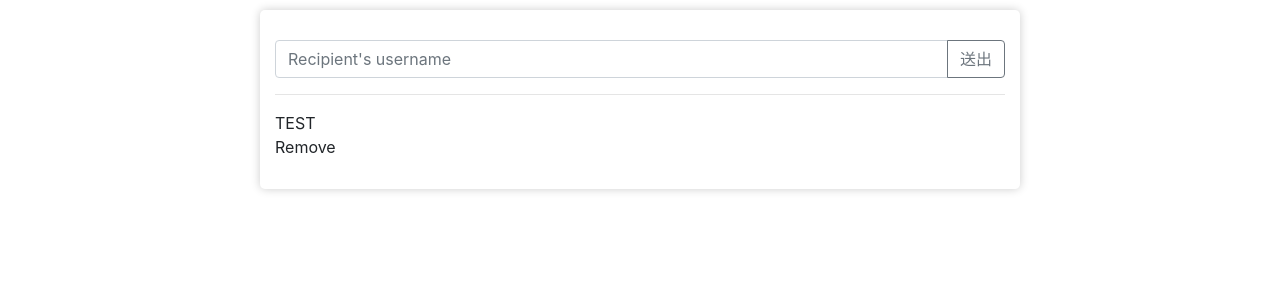
Repository: iian0910/vue3_todoList
Page: /
An editor plug-in stored every save of this project. The page is shown before and after the next save, followed by the edit.
The browser window is 1280 px wide. The pictures show the whole page.
The project was rebuilt for these pictures with package versions that can differ from the ones it lists, and the page was loaded fresh each time.

Above is the page before, as saved 2021-02-23 16:07:07.

### src/App.vue
<template>
  <TodoList/>
</template>

<script lang="ts">
import { defineComponent } from 'vue'
import TodoList from './components/TodoList.vue'

export default defineComponent({
  name: 'App',
  components: {
    TodoList
  }
})
</script>

<style lang="scss">
@import './assets/scss/all';
</style>

### src/assets/scss/all.scss
@import '~bootstrap/scss/bootstrap.scss';
@import './helpers/variables';

### src/components/TodoList.vue
<template>
  <div class="container">
    <div class="row">
      <div class="col-8 offset-2 content">
        <!-- input 輸入框 -->
        <div class="input-group mb-3">
          <input
            type="text"
            class="form-control"
            placeholder="Recipient's username"
            v-model="newTodo">
          <div class="input-group-append">
            <button
              class="btn btn-outline-secondary"
              type="button"
              @click="addTodo">送出</button>
          </div>
        </div>
        <!---->
        <hr>
        <!-- List 展示 -->
        <ul class="list">
          <li class="list-item" v-for="(todo, index) in todoList" :key="index">
            <label class="form-check-label">{{todo.title}}</label>
            <div class="remove-list">Remove</div>
          </li>
        </ul>
        <!---->
      </div>
    </div>
  </div>
</template>
<script lang="ts">
import { defineComponent, reactive, ref } from 'vue'

interface Todo {
  // eslint-disable-next-line @typescript-eslint/member-delimiter-style
  id: string
  // eslint-disable-next-line @typescript-eslint/member-delimiter-style
  title: string
}

export default defineComponent({
  name: 'TodoList',
  setup () {
    // ref:
    // 可以接受「任何型態」的資料
    // 但是不會對「物件」或「陣列」內部的屬性變動做監聽

    // reactive
    // 「只接受」物件或陣列，可以做深層的監聽
    // 以及取得資料不需要 「.value」
    const newTodo = ref('')
    const todoList = reactive([{
      id: '001',
      title: 'TEST'
    }])

    // methods
    function addTodo () {
      if (newTodo.value) {
        todoList.push({
          id: Math.floor(Date.now()).toString(),
          title: newTodo.value
        })
        newTodo.value = ''
      }
    }

    // return
    return {
      todoList,
      newTodo,
      addTodo
    }
  }
})
</script>

<style lang="scss">
.content{
  padding: 30px;
  margin: 10px auto;
  border-radius: 5px;
  box-shadow: 0px 0px 10px 0px rgba(0, 0, 0, 0.2);
}
.list{
  padding: 0;
  margin: 0;
  list-style: none;
}
</style>

Loaded but not shown: public/index.html (common file); src/main.ts (common file); src/assets/scss/helpers/_variables.scss (1146 lines, source omitted)

After the next save:
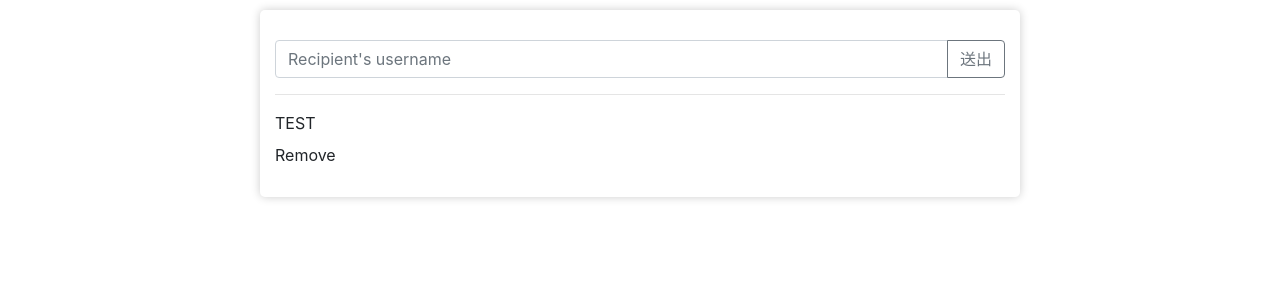
Saved 18 s later.
--- a/src/components/TodoList.vue
+++ b/src/components/TodoList.vue
@@ -21,7 +21,7 @@
         <!-- List 展示 -->
         <ul class="list">
           <li class="list-item" v-for="(todo, index) in todoList" :key="index">
-            <label class="form-check-label">{{todo.title}}</label>
+            <label class="list-item-title">{{todo.title}}</label>
             <div class="remove-list">Remove</div>
           </li>
         </ul>
